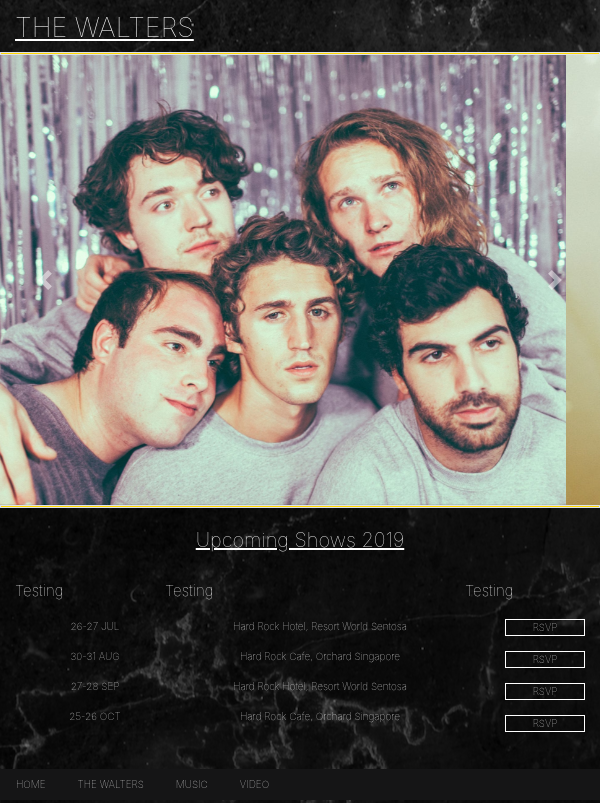
Repository: yucheng91/CIassignment1
Page: index.html
The author's editor kept a record of every edit. The page is drawn from the files as they stood at one moment, then again after the next edit.
The browser window is 600 px wide. The pictures show the whole page.

Above is the page before.

### index.html
<!doctype html>
<html lang="en">
  <head>
    <!-- Required meta tags -->
    <meta charset="utf-8">
    <meta name="viewport" content="width=device-width, initial-scale=1, shrink-to-fit=no">

    <!-- Bootstrap CSS -->
    <link rel="stylesheet" href="https://stackpath.bootstrapcdn.com/bootstrap/4.3.1/css/bootstrap.min.css" integrity="sha384-ggOyR0iXCbMQv3Xipma34MD+dH/1fQ784/j6cY/iJTQUOhcWr7x9JvoRxT2MZw1T" crossorigin="anonymous">
    <link rel="stylesheet" href="style.css" type="text/css" />
    <link rel="styleshaeet" href="https://maxcdn.bootstrapcdn.com/font-awesome/4.7.0/css/font-awesome.min.css" type="text/css" />
    <title>The Walters</title>
  </head>
  <body>
    <div class="modal" tabindex="-1" role="dialog">
  <div class="modal-dialog" role="document">
    <div class="modal-content">
      <div class="modal-header">
        <h5 class="modal-title">Modal title</h5>
        <button type="button" class="close" data-dismiss="modal" aria-label="Close">
          <span aria-hidden="true">&times;</span>
        </button>
      </div>
      <div class="modal-body">
        <p>Modal body text goes here.</p>
      </div>
      <div class="modal-footer">
        <button type="button" class="btn btn-secondary" data-dismiss="modal">Close</button>
        <button type="button" class="btn btn-primary">Save changes</button>
      </div>
    </div>
  </div>
</div>

    <header>
      <div class="container-fluid">
      <div class="row">
        <div class="col-10">
          <h1>THE WALTERS</h1>
        </div>
        <div class="col-2">
          <a href="https://www.facebook.com"><i class="fa fa-facebook-square fa-2x" aria-hidden="true"></i></a>
          <a href="https://www.twitter.com"><i class="fa fa-twitter-square fa-2x" aria-hidden="true"></i></a>
          <a href="https://www.youtube.com"><i class="fa fa-youtube-square fa-2x" aria-hidden="true"></i></a>
        </div>
      </div>
    </div>
  <div class="border"></div>
  </header>

<div id="carouselExampleControls" class="carousel slide" data-ride="carousel">
  <div class="carousel-inner">
    <div class="carousel-item active">
      <img class="d-block w-100" src="c1.jpg" alt="First slide">
    </div>
    <div class="carousel-item">
      <img class="d-block w-100" src="c2.jpg" alt="Second slide">
    </div>
    <div class="carousel-item">
      <img class="d-block w-100" src="c3.jpg" alt="Third slide">
    </div>
  </div>
  <a class="carousel-control-prev" href="#carouselExampleControls" role="button" data-slide="prev">
    <span class="carousel-control-prev-icon" aria-hidden="true"></span>
    <span class="sr-only">Previous</span>
  </a>
  <a class="carousel-control-next" href="#carouselExampleControls" role="button" data-slide="next">
    <span class="carousel-control-next-icon" aria-hidden="true"></span>
    <span class="sr-only">Next</span>
  </a>
</div>
    <div class="border"></div>

  <section class="upcomingshow">
    <div>
      <h2>Upcoming Shows 2019</h2>
      <div class="container-fluid">
        <div class="row">
          <div class="col-3">
            <p>Testing</p>
          </div>
          <div class="col-6">
            <p>Testing</p>
          </div>
          <div class="col-3">
            <p>Testing</p>
          </div>
        </div>
      </div>

       <div class="container-fluid">
         <div class="row">
           <div class="col-3">
             <ul class="nobullet">
               <li>26-27 JUL</li></br>
               <li>30-31 AUG</li></br>
               <li>27-28 SEP</li></br>
               <li>25-26 OCT</li></br>
             </ul>
           </div>
           <div class="col-6">
             <ul class="nobullet">
               <li>Hard Rock Hotel, Resort World Sentosa</li></br>
               <li>Hard Rock Cafe, Orchard Singapore</li></br>
               <li>Hard Rock Hotel, Resort World Sentosa</li></br>
               <li>Hard Rock Cafe, Orchard Singapore</li></br>
             </ul>
           </div>
           <div class="col-3">
             <ul class="nobullet">
               <a href="https://www.eventbrite.sg"><li class="rsvpbutton">RSVP</li></a></br>
               <a href="https://www.eventbrite.sg"><li class="rsvpbutton">RSVP</li></a></br>
               <a href="https://www.eventbrite.sg"><li class="rsvpbutton">RSVP</li></a></br>
               <a href="https://www.eventbrite.sg"><li class="rsvpbutton">RSVP</li></a></br>
           </div>
         </div>
       </div>
      </section>

    <footer>
    <div class="navbar">
    <ul class="nav justify-content-start">
      <li class="nav-item">
        <a class="nav-link active" href="index.html">HOME</a>
      </li>
      <li class="nav-item">
        <a class="nav-link" href="profile.html">THE WALTERS</a>
      </li>
      <li class="nav-item">
        <a class="nav-link" href="music.html">MUSIC</a>
      </li>
      <li class="nav-item">
        <a class="nav-link" href="video.html">VIDEO</a>
      </li>
    </ul>
    </div>
    </footer>
    <!-- Optional JavaScript -->
    <!-- jQuery first, then Popper.js, then Bootstrap JS -->
    <script src="https://code.jquery.com/jquery-3.3.1.slim.min.js" integrity="sha384-q8i/X+965DzO0rT7abK41JStQIAqVgRVzpbzo5smXKp4YfRvH+8abtTE1Pi6jizo" crossorigin="anonymous"></script>
    <script src="https://cdnjs.cloudflare.com/ajax/libs/popper.js/1.14.7/umd/popper.min.js" integrity="sha384-UO2eT0CpHqdSJQ6hJty5KVphtPhzWj9WO1clHTMGa3JDZwrnQq4sF86dIHNDz0W1" crossorigin="anonymous"></script>
    <script src="https://stackpath.bootstrapcdn.com/bootstrap/4.3.1/js/bootstrap.min.js" integrity="sha384-JjSmVgyd0p3pXB1rRibZUAYoIIy6OrQ6VrjIEaFf/nJGzIxFDsf4x0xIM+B07jRM" crossorigin="anonymous"></script>
  </body>
</html>

### style.css
body {
    color:white;
    font-weight: 100;
    background-image: url("background.jpg");
    background-position: center;
}

.container-fluid h1 {
    font-weight: 100;
    padding-top: 12px;
    text-decoration: underline;
}

.border {
    height:3px;
    background-color:gold;
    border:0;
    padding:0;
    color:gold;
}

.navbar  {
    position: fixed;
    bottom: 0;
    width: 100%;
    color: white;
    font-weight:100;
    background-color: #151516;
    padding:0 ;
}

.col-2 {
    padding:20px;
    text-align:right;
}

a {
    color:white;
    text-decoration:none;
}

.upcomingshow {
        background:rgba(0, 0, 0, 0.5);
}

.upcomingshow h2{
    text-align:center;
    padding-top: 20px;
    padding-bottom: 20px;
    text-decoration:underline;
    font-weight:100;
}

.nobullet {
    list-style-type: none;
    padding-bottom:40px;
    text-align:center;
}

footer {
    bottom:0 ;
    width: 100%;
}

.rsvpbutton {
    border:1px solid white;
}

img {
    height: 450px;
    width: 100%;
    object-fit: cover;
}

@media (max-width: 767px) {
    body {
        font-size: 15px;
    }

    h1 {
        font-size: 27px;
    }

    h2 {
        font-size: 20px;
    }

    ul {
        font-size: 10px;
    }
}

After the next edit:
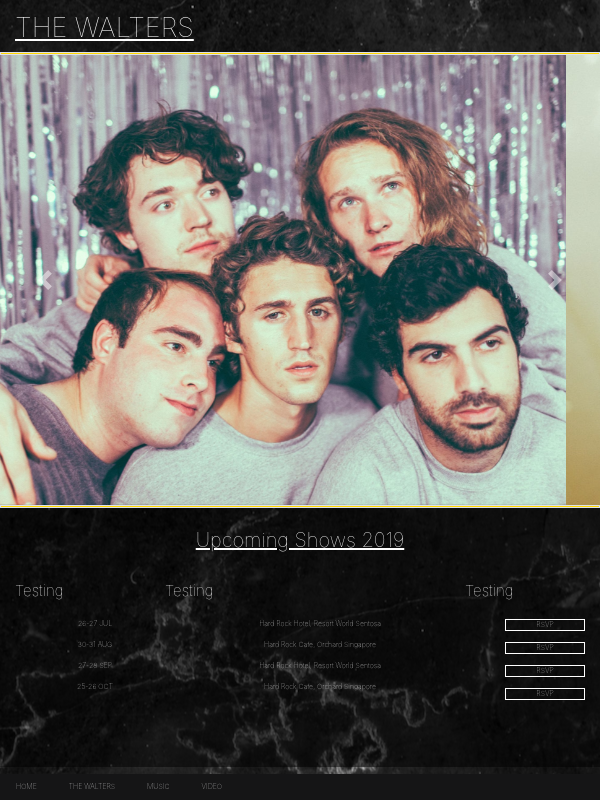
The edit:
--- a/style.css
+++ b/style.css
@@ -86,6 +86,6 @@
     }
 
     ul {
-        font-size: 10px;
+        font-size: 7px;
     }
 }
